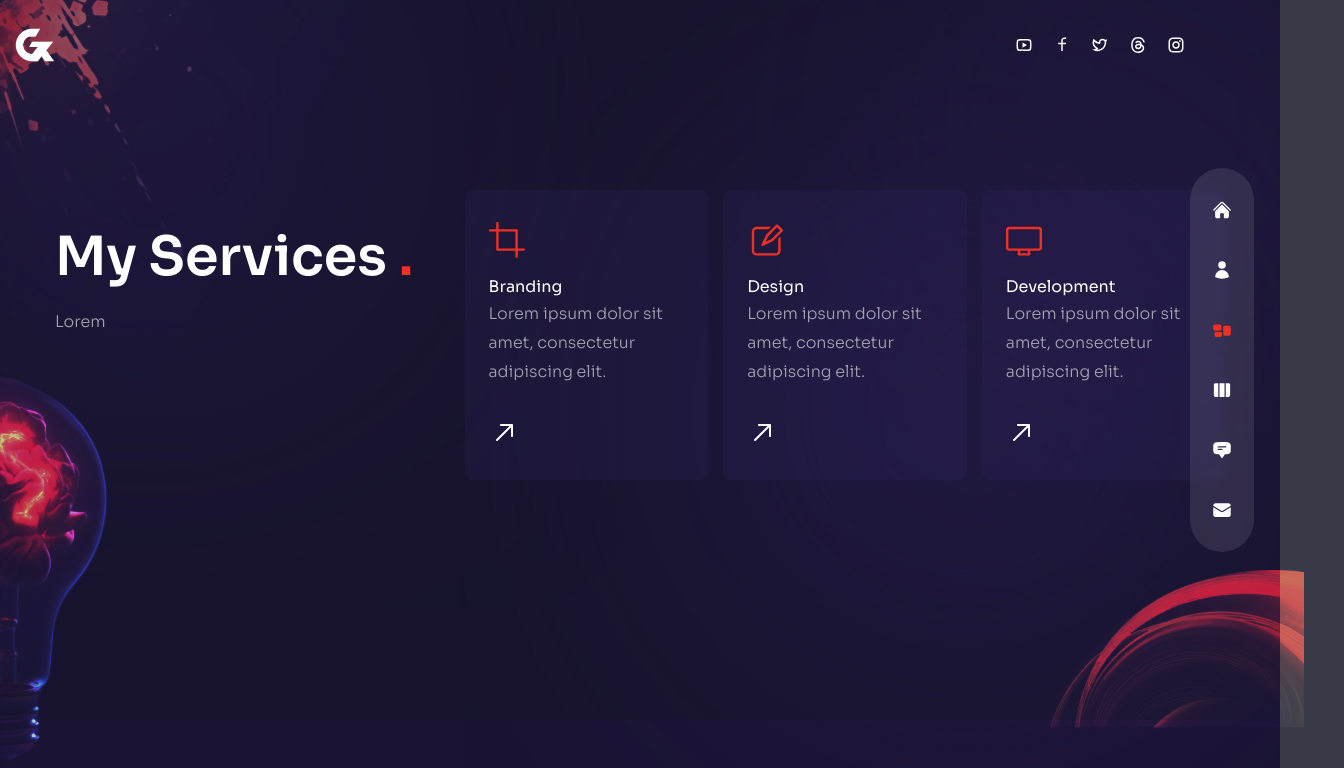
Repository: zecht12/Portofolio-without-db
Page: /services
An editor plug-in stored every save of this project. The page is shown before and after the next save, followed by the edit.
The browser window is 1280 px wide. The page is 1344 px wide, so the pictures cover 1344 px, including what lies to the right of the window. The pictures show the whole page.
The project was rebuilt for these pictures with package versions that can differ from the ones it lists, and the page was loaded fresh each time. The framework's server and built-in components were replaced by stand-ins that run in the browser. Also part of the build but not shown: next.config.js.

Above is the page before, as saved 2023-10-08 15:37:13.

After the next save:
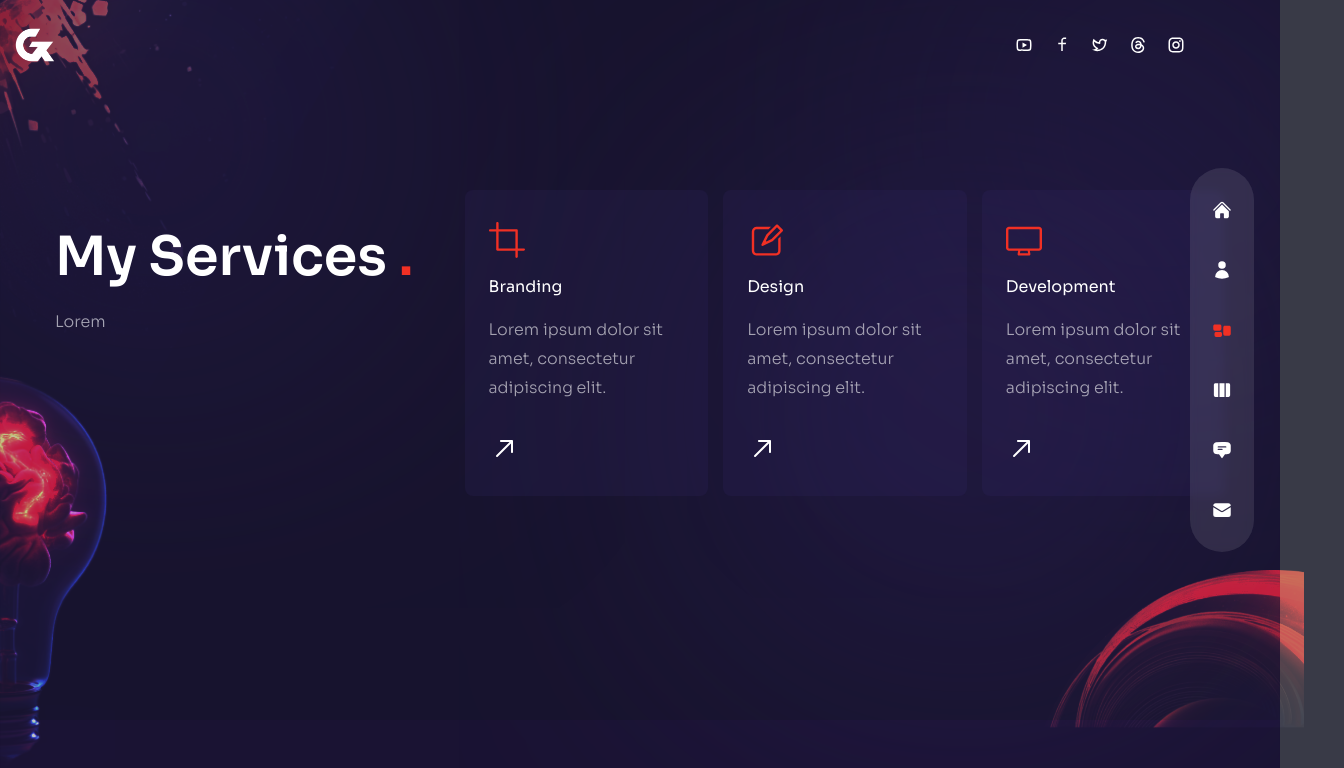
Saved 5 s later.
--- a/components/ServiceSlider.js
+++ b/components/ServiceSlider.js
@@ -69,7 +69,7 @@ const ServiceSlider = () => {
                 {item.icon}
               </div>
               <div className='mb-8'>
-                <div>
+                <div className='mb-4'>
                   {item.title}
                 </div>
                 <p>
